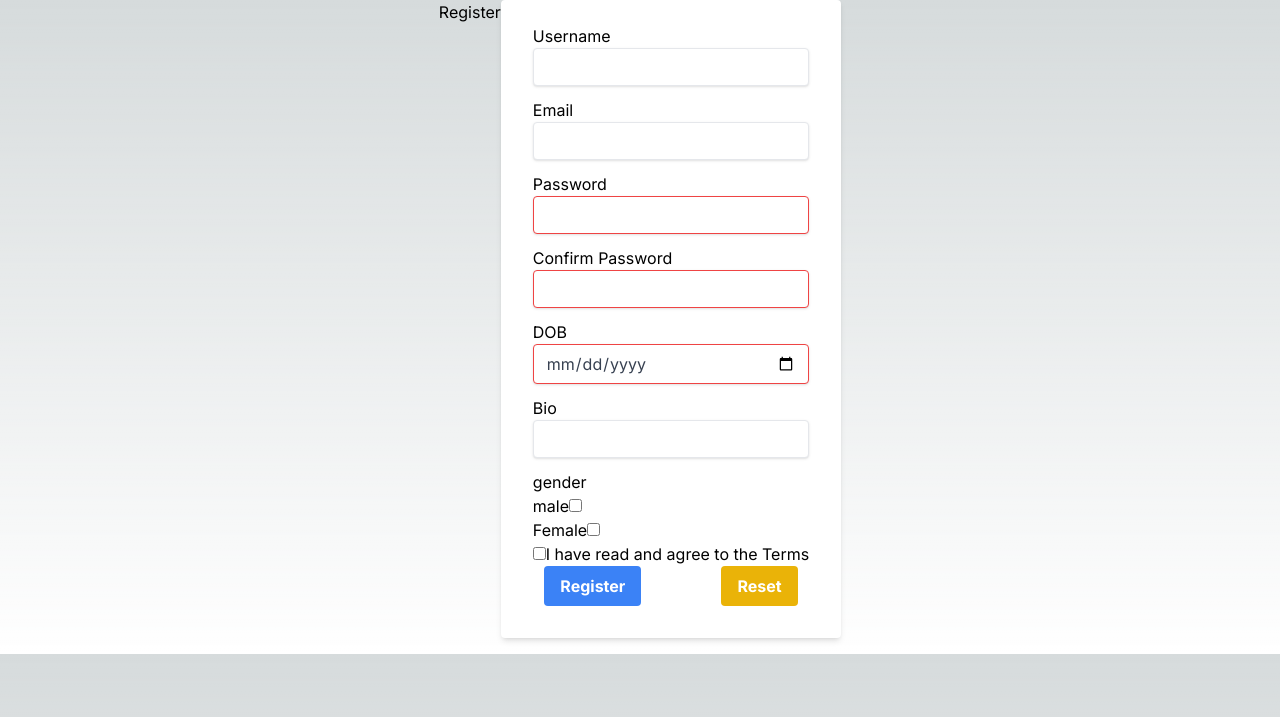
Repository: uh-sman/tiktok-card
Page: /
An editor plug-in stored every save of this project. The page is shown before and after the next save, followed by the edit.
The browser window is 1280 px wide. The pictures show the whole page.
The project was rebuilt for these pictures with package versions that can differ from the ones it lists, and the page was loaded fresh each time. The framework's server and built-in components were replaced by stand-ins that run in the browser. Also part of the build but not shown: next.config.js.

Above is the page before, as saved 2023-12-19 14:24:13.

### app/page.tsx
'use client'
// import Input from "./components/Input";
import { FieldValues, SubmitHandler, useForm } from "react-hook-form";
import AuthForm from "./components/AuthForm";
type FormValues = {
  name: string,
      email: string,
      password: string,
      confirmPassword: string,
      DateOfBirth: string,
      Bio: string,
      gender: string,
      termsAndConditions: string
}

export default function Home() {
  return (
    <div>
      <AuthForm />
    </div>
  )
}



{/* <form class="max-w-sm mx-auto">
  <div class="mb-5">
    <label for="email" class="block mb-2 text-sm font-medium text-gray-900 dark:text-white">Your email</label>
    <input type="email" id="email" class="bg-gray-50 border border-gray-300 text-gray-900 text-sm rounded-lg focus:ring-blue-500 focus:border-blue-500 block w-full p-2.5 dark:bg-gray-700 dark:border-gray-600 dark:placeholder-gray-400 dark:text-white dark:focus:ring-blue-500 dark:focus:border-blue-500" placeholder="name@flowbite.com" required>
  </div>
  <div class="mb-5">
    <label for="password" class="block mb-2 text-sm font-medium text-gray-900 dark:text-white">Your password</label>
    <input type="password" id="password" class="bg-gray-50 border border-gray-300 text-gray-900 text-sm rounded-lg focus:ring-blue-500 focus:border-blue-500 block w-full p-2.5 dark:bg-gray-700 dark:border-gray-600 dark:placeholder-gray-400 dark:text-white dark:focus:ring-blue-500 dark:focus:border-blue-500" required>
  </div>
  <div class="flex items-start mb-5">
    <div class="flex items-center h-5">
      <input id="remember" type="checkbox" value="" class="w-4 h-4 border border-gray-300 rounded bg-gray-50 focus:ring-3 focus:ring-blue-300 dark:bg-gray-700 dark:border-gray-600 dark:focus:ring-blue-600 dark:ring-offset-gray-800 dark:focus:ring-offset-gray-800" required>
    </div>
    <label for="remember" class="ms-2 text-sm font-medium text-gray-900 dark:text-gray-300">Remember me</label>
  </div>
  <button type="submit" class="text-white bg-blue-700 hover:bg-blue-800 focus:ring-4 focus:outline-none focus:ring-blue-300 font-medium rounded-lg text-sm w-full sm:w-auto px-5 py-2.5 text-center dark:bg-blue-600 dark:hover:bg-blue-700 dark:focus:ring-blue-800">Submit</button>
</form> */}

### app/components/AuthForm.tsx
import React from "react";
import { useForm } from "react-hook-form";
// the type of data
type UserSubmitForm = {
    username: string;
    email: string;
    password: string;
    confirmPassword: string;
    acceptTerms: boolean;
    male:boolean;
    female:boolean;
    Bio:string;
    DateOfBirth: number
  };
const AuthForm: React.FC = () => {
    // using the useForm hook from the react-hook-form package
    const {register,handleSubmit, reset} = useForm<UserSubmitForm>()
    // the onSubmit handler
    const onSubmit = (data: UserSubmitForm) => {
        console.log(data)
    }
    return (
        <div className="flex justify-center">
            <div className="flex justify-center w-full max-w-xxl">
                <h2>Register</h2>
        <form className="bg-white shadow-md rounded px-8 pt-6 pb-8 mb-4" onSubmit={handleSubmit(onSubmit)}>
          <div className="flex flex-col">
            <label>Username</label>
            <input
            className="shadow appearance-none border rounded w-full py-2 px-3 text-gray-700 mb-3 leading-tight focus:outline-none focus:shadow-outline"
              type="text"
            //   using the hook to handle form state
            {...register('username')}
            />
            <div className="invalid-feedback">
                </div>
          </div>

          <div className="flex flex-col">
            <label>Email</label>
            <input
            className="shadow appearance-none border rounded w-full py-2 px-3 text-gray-700 mb-3 leading-tight focus:outline-none focus:shadow-outline"
            type="text"
            {...register('email')}
            />
            <div className="invalid-feedback">
                </div>
          </div>

          <div className="flex flex-col">
            <label>Password</label>
            <input
            className="shadow appearance-none border border-red-500 rounded w-full py-2 px-3 text-gray-700 mb-3 leading-tight focus:outline-none focus:shadow-outline"
            type="password"
            {...register('password')}
            />
            <div className="invalid-feedback">
                </div>
          </div>
          <div className="flex flex-col">
            <label>Confirm Password</label>
            <input
            className="shadow appearance-none border border-red-500 rounded w-full py-2 px-3 text-gray-700 mb-3 leading-tight focus:outline-none focus:shadow-outline"
              type="password"
              {...register('confirmPassword')}
            />
            <div className="invalid-feedback">
            </div>
          </div>
          <div className="flex flex-col">
            <label>DOB</label>
            <input
            className="shadow appearance-none border border-red-500 rounded w-full py-2 px-3 text-gray-700 mb-3 leading-tight focus:outline-none focus:shadow-outline"
              type="date"
              {...register('DateOfBirth')}
            />
            <div className="invalid-feedback">
            </div>
          </div>
          <div className="flex flex-col">
            <label>Bio</label>
            <input
            className="shadow appearance-none border rounded w-full py-2 px-3 text-gray-700 mb-3 leading-tight focus:outline-none focus:shadow-outline"
            type="text"
            {...register('Bio')}
            />
            <div className="invalid-feedback">
            </div>
          </div>

          <div className="">
          <label htmlFor="gender" className="font-md">
              gender
            </label>
            <div className="">
                <label htmlFor="Male">male</label>
            <input
              type="checkbox"
              {...register('male')}
              />

            </div>
            <div className="">
                <label htmlFor="Female">Female</label>
            <input
              type="checkbox"
              {...register('female')}
              />
            </div>
            <div className="invalid-feedback">
                </div>
          </div>
          <div className="">
            <input
              type="checkbox"
              {...register('acceptTerms')}
              />
            <label htmlFor="acceptTerms" className="form-check-label">
              I have read and agree to the Terms
            </label>
            <div className="invalid-feedback">
                </div>
          </div>

          <div className="flex justify-center gap-20">
            <button type="submit" className="bg-blue-500 hover:bg-blue-700 text-white font-bold py-2 px-4 rounded focus:outline-none focus:shadow-outline">
              Register
            </button>
            <button
              type="button"
              onClick={() => reset()}
              className="bg-yellow-500 hover:bg-yellow-700 text-white font-bold py-2 px-4 rounded focus:outline-none focus:shadow-outline"
              >
              Reset
            </button>
          </div>
        </form>
        </div>
      </div>
    )
}

export default AuthForm;

Loaded but not shown: app/layout.tsx (common file); app/globals.css (common file); tailwind.config.ts (common file)

After the next save:
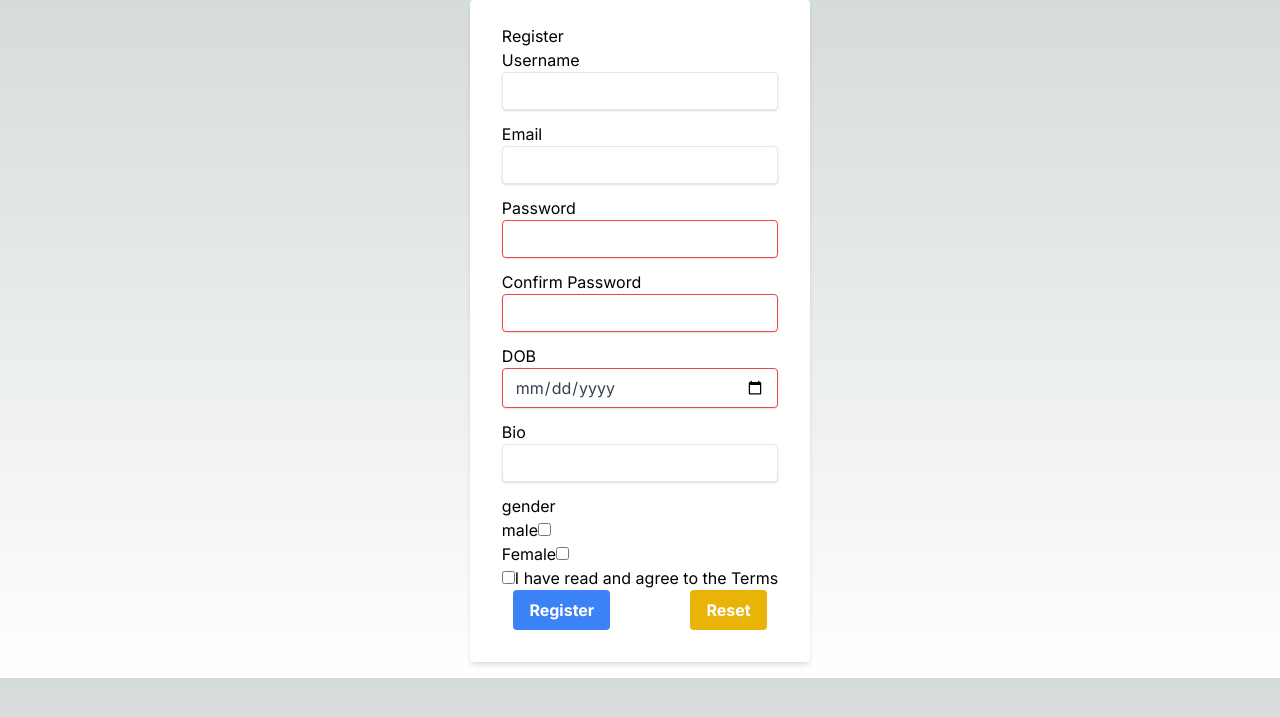
Saved 19 s later.
--- a/app/components/AuthForm.tsx
+++ b/app/components/AuthForm.tsx
@@ -22,8 +22,8 @@ const AuthForm: React.FC = () => {
     return (
         <div className="flex justify-center">
             <div className="flex justify-center w-full max-w-xxl">
-                <h2>Register</h2>
         <form className="bg-white shadow-md rounded px-8 pt-6 pb-8 mb-4" onSubmit={handleSubmit(onSubmit)}>
+        <h2>Register</h2>
           <div className="flex flex-col">
             <label>Username</label>
             <input
